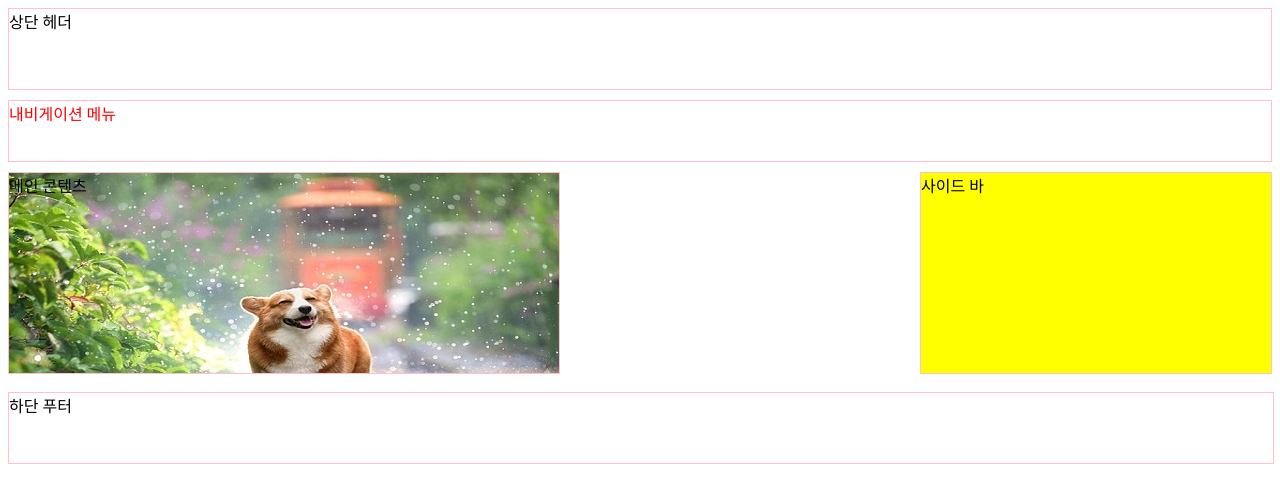
Repository: woosungtae/html_css
Page: pro01/public/woosungtae_1.html
An editor plug-in stored every save of this project. The page is shown before and after the next save, followed by the edit.
The browser window is 1280 px wide. The pictures show the whole page.
The pointer rests on the first visible `nav`.

Above is the page before, as saved 2022-12-13 23:56:52.

After the next save:
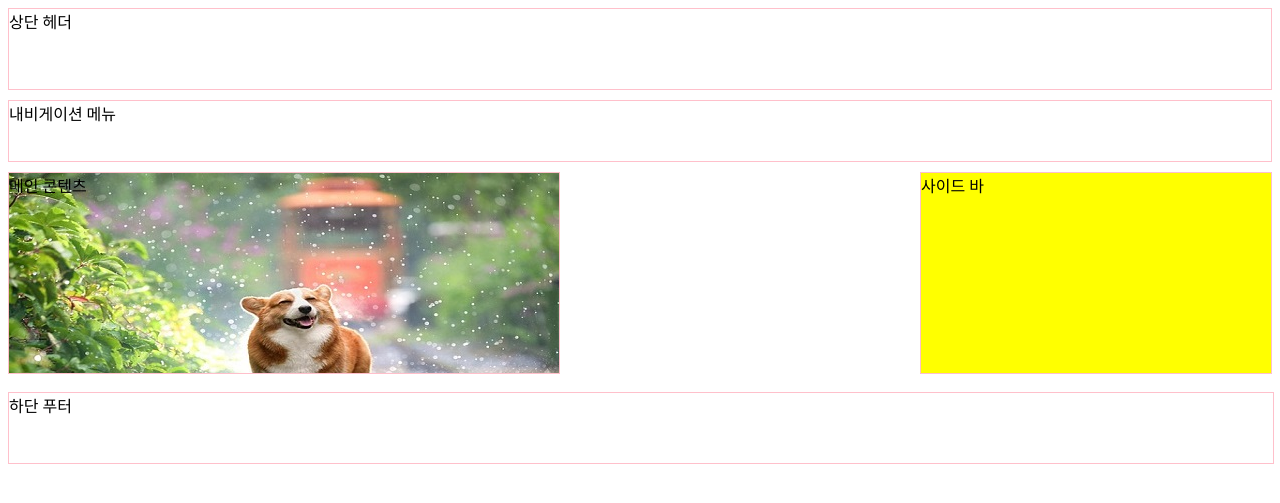
Saved 4 h 58 min later.
--- a/pro01/public/woosungtae_1.html
+++ b/pro01/public/woosungtae_1.html
@@ -14,9 +14,7 @@
             height: 60px;
             margin-bottom: 10px;
         }
-        nav:hover {
-            color: red;
-        }
+
         section {
             border: 1px solid pink;
             height: 200px;
